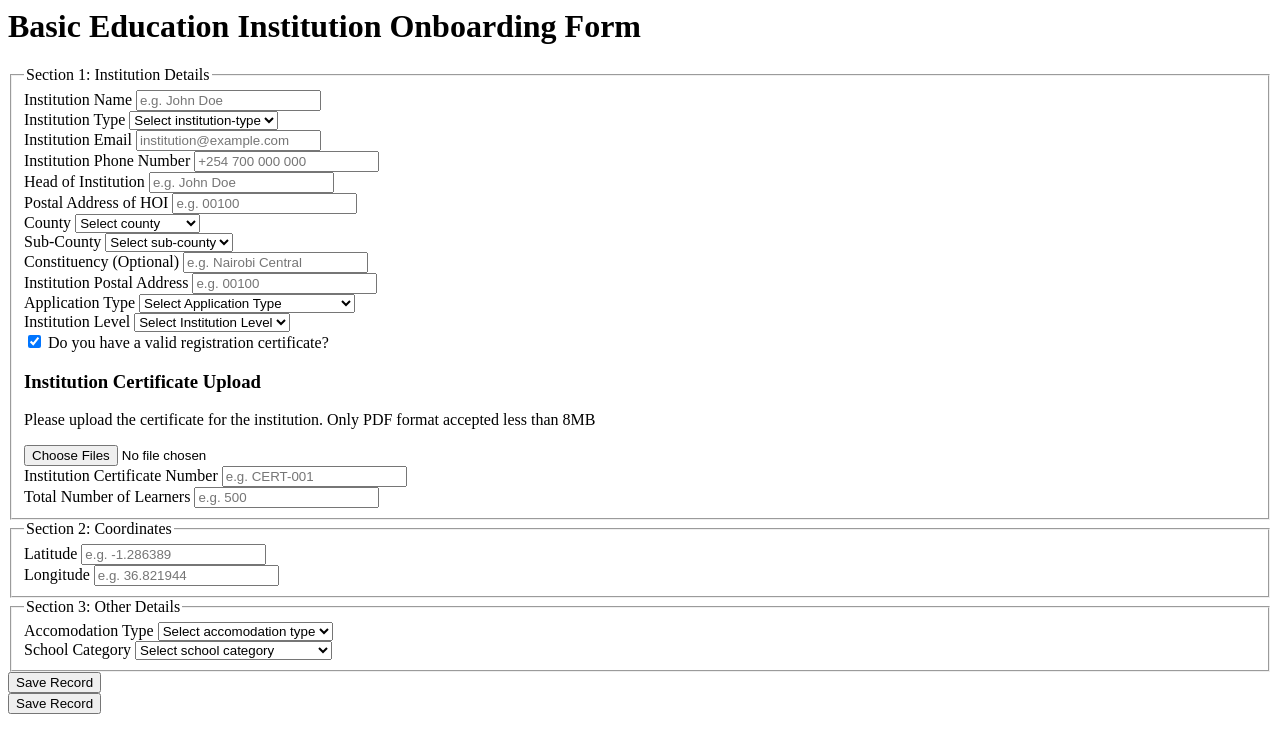
Repository: ndirituart/KEMIS
Page: angular-client/src/app/pages/basic-education/basic-education.html
An editor plug-in stored every save of this project. The page is shown before and after the next save, followed by the edit.
The browser window is 1280 px wide. The pictures show the whole page.

Above is the page before, as saved 2026-10-20 21:48:14.

After the next save:
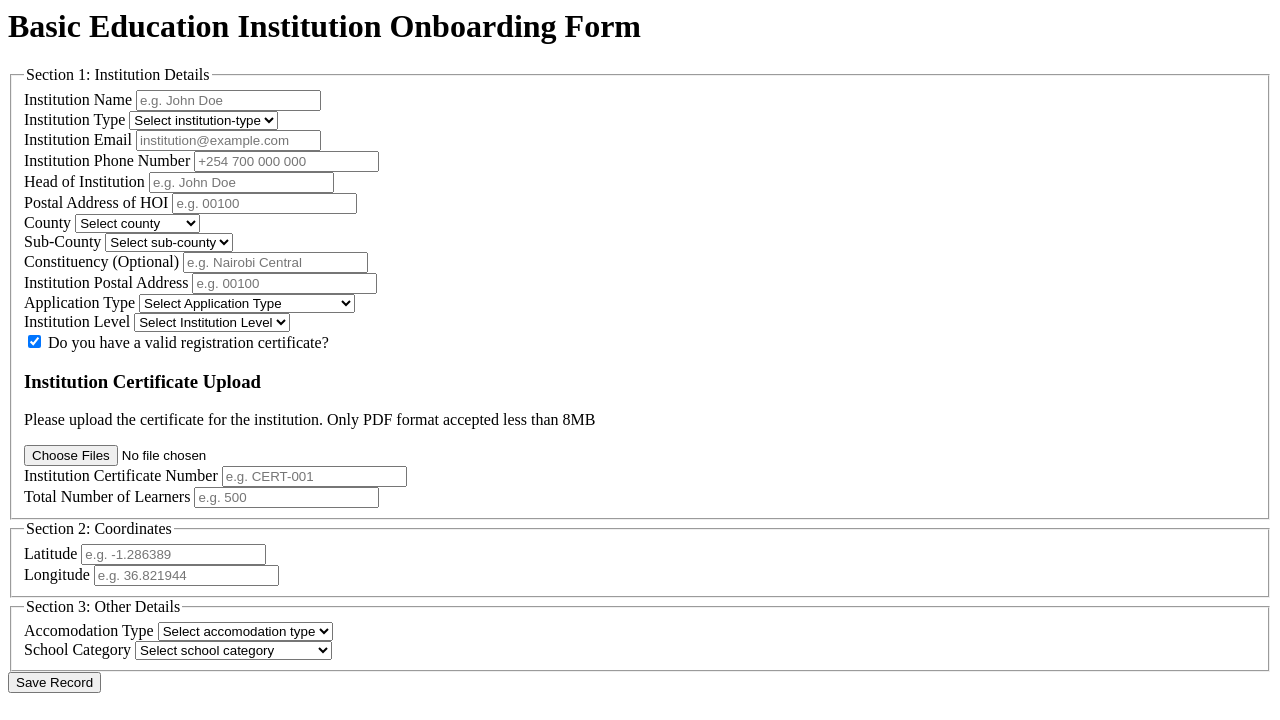
Saved 16 s later.
--- a/angular-client/src/app/pages/basic-education/basic-education.html
+++ b/angular-client/src/app/pages/basic-education/basic-education.html
@@ -239,10 +239,5 @@
     <button type="submit" class="btn btn-primary btn-lg">Save Record</button>
   </div>
 
-  <!-- Submit Button -->
-  <div class="d-grid gap-2 mt-4">
-    <button type="submit" class="btn btn-primary btn-lg">Save Record</button>
-  </div>
-
 </form>
 </div>
